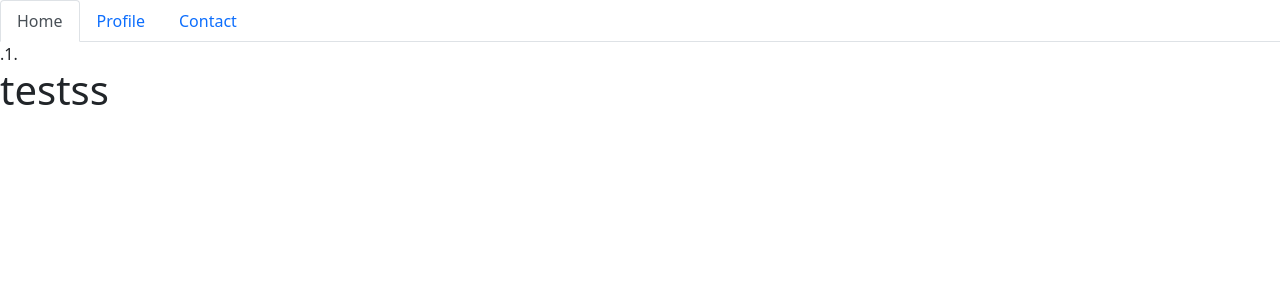
Repository: WaiMaungMaung/Mgr-site
Page: http://localhost/
These files come from the project's save history. The page is drawn as it stood at one moment and after the next save; the edit follows.
The browser window is 1280 px wide. The pictures show the whole page.
The page is served by the project's Laravel application, run on PHP 8.4 with Laravel 9. Other server files are loaded and not shown.

Above is the page before, as saved 2022-04-06 09:18:41.

### resources/views/welcome.blade.php
@extends('layouts.app')
<div id="container">
    <ul class="nav nav-tabs home" id="myTab" role="tablist">
        <li class="nav-item" role="presentation">
            <button class="nav-link active" id="home-tab" data-bs-toggle="tab" data-bs-target="#home" type="button"
                role="tab" aria-controls="home" aria-selected="true">Home</button>
        </li>
        <li class="nav-item" role="presentation">
            <button class="nav-link" id="profile-tab" data-bs-toggle="tab" data-bs-target="#profile" type="button"
                role="tab" aria-controls="profile" aria-selected="false">Profile</button>
        </li>
        <li class="nav-item" role="presentation">
            <button class="nav-link" id="contact-tab" data-bs-toggle="tab" data-bs-target="#contact" type="button"
                role="tab" aria-controls="contact" aria-selected="false">Contact</button>
        </li>
    </ul>
    <div class="tab-content" id="myTabContent">
        <div class="tab-pane fade show active" id="home" role="tabpanel" aria-labelledby="home-tab">.1.</div>
        <div class="tab-pane fade" id="profile" role="tabpanel" aria-labelledby="profile-tab">.2.</div>
        <div class="tab-pane fade" id="contact" role="tabpanel" aria-labelledby="contact-tab">.3.</div>
    </div>

</div>

### resources/views/layouts/app.blade.php
<!doctype html>
<html lang="en">

<head>
    <!-- Required meta tags -->
    <meta charset="utf-8">
    <meta name="viewport" content="width=device-width, initial-scale=1">

    <!-- Bootstrap CSS -->


    <link href="https://cdn.jsdelivr.net/npm/bootstrap@5.1.3/dist/css/bootstrap.min.css" rel="stylesheet"
        integrity="sha384-1BmE4kWBq78iYhFldvKuhfTAU6auU8tT94WrHftjDbrCEXSU1oBoqyl2QvZ6jIW3" crossorigin="anonymous">

    <title>Hello, world!</title>
    <style type="text/css">
        home-nav {
            background: #000;
        }

    </style>
</head>

<body>
    <h1>testss</h1>
    <!-- Optional JavaScript; choose one of the two! -->

    <!-- Option 1: Bootstrap Bundle with Popper -->
    <script src="https://cdn.jsdelivr.net/npm/bootstrap@5.1.3/dist/js/bootstrap.bundle.min.js"
        integrity="sha384-ka7Sk0Gln4gmtz2MlQnikT1wXgYsOg+OMhuP+IlRH9sENBO0LRn5q+8nbTov4+1p" crossorigin="anonymous">
    </script>

    <!-- Option 2: Separate Popper and Bootstrap JS -->
    <!--
    <script src="https://cdn.jsdelivr.net/npm/@popperjs/core@2.10.2/dist/umd/popper.min.js"
        integrity="sha384-7+zCNj/IqJ95wo16oMtfsKbZ9ccEh31eOz1HGyDuCQ6wgnyJNSYdrPa03rtR1zdB" crossorigin="anonymous">
    </script>
    <script src="https://cdn.jsdelivr.net/npm/bootstrap@5.1.3/dist/js/bootstrap.min.js"
        integrity="sha384-QJHtvGhmr9XOIpI6YVutG+2QOK9T+ZnN4kzFN1RtK3zEFEIsxhlmWl5/YESvpZ13" crossorigin="anonymous">
    </script>
    -->
    @yield('content')
</body>

</html>

Loaded but not shown: routes/web.php (common file)

After the next save:
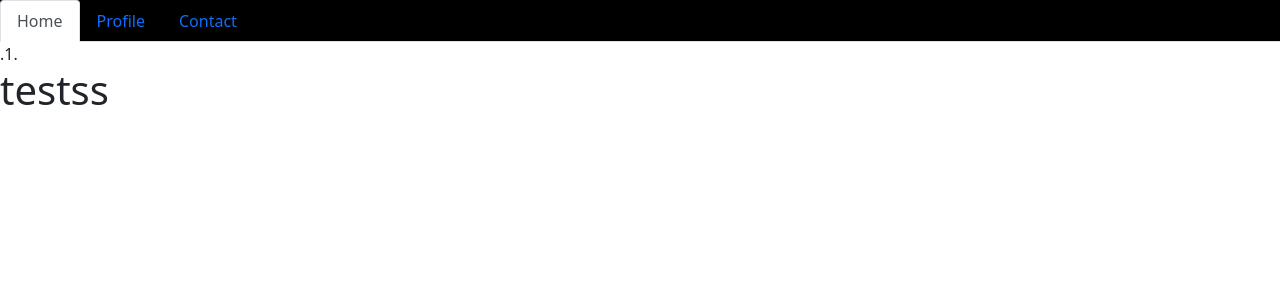
Saved 17 s later.
--- a/resources/views/layouts/app.blade.php
+++ b/resources/views/layouts/app.blade.php
@@ -14,7 +14,7 @@
 
     <title>Hello, world!</title>
     <style type="text/css">
-        home-nav {
+        .home {
             background: #000;
         }
 
